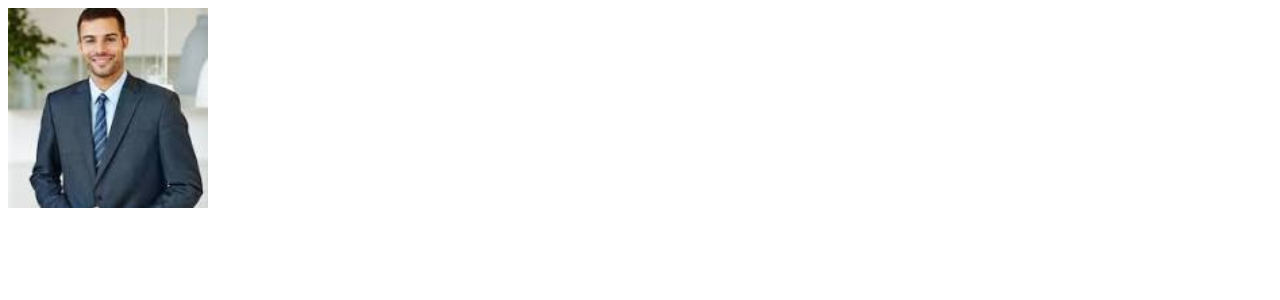
Repository: arindamslt/JEECoding
Page: JEE_FRONTEND/src/main/webapp/09ProfileCSS.html
An editor plug-in stored every save of this project. The page is shown before and after the next save, followed by the edit.
The browser window is 1280 px wide. The pictures show the whole page.

Above is the page before, as saved 2025-07-15 06:51:14.

After the next save:
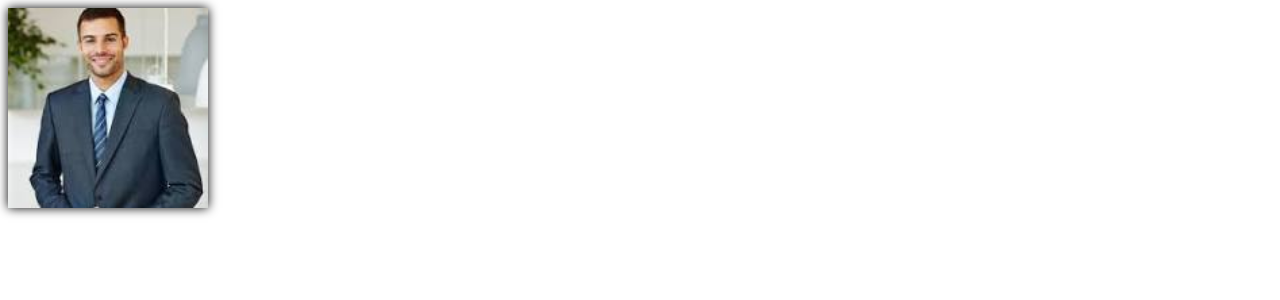
Saved 73 s later.
--- a/JEE_FRONTEND/src/main/webapp/09ProfileCSS.html
+++ b/JEE_FRONTEND/src/main/webapp/09ProfileCSS.html
@@ -11,6 +11,9 @@
 	#lfContainer{
 		/*background-color: blue;*/
 		width:30%;
+		img{
+			box-shadow: 0px 0px 10px black;
+		}
 	}
 	#rtContainer{
 		/*background-color: gray;*/
